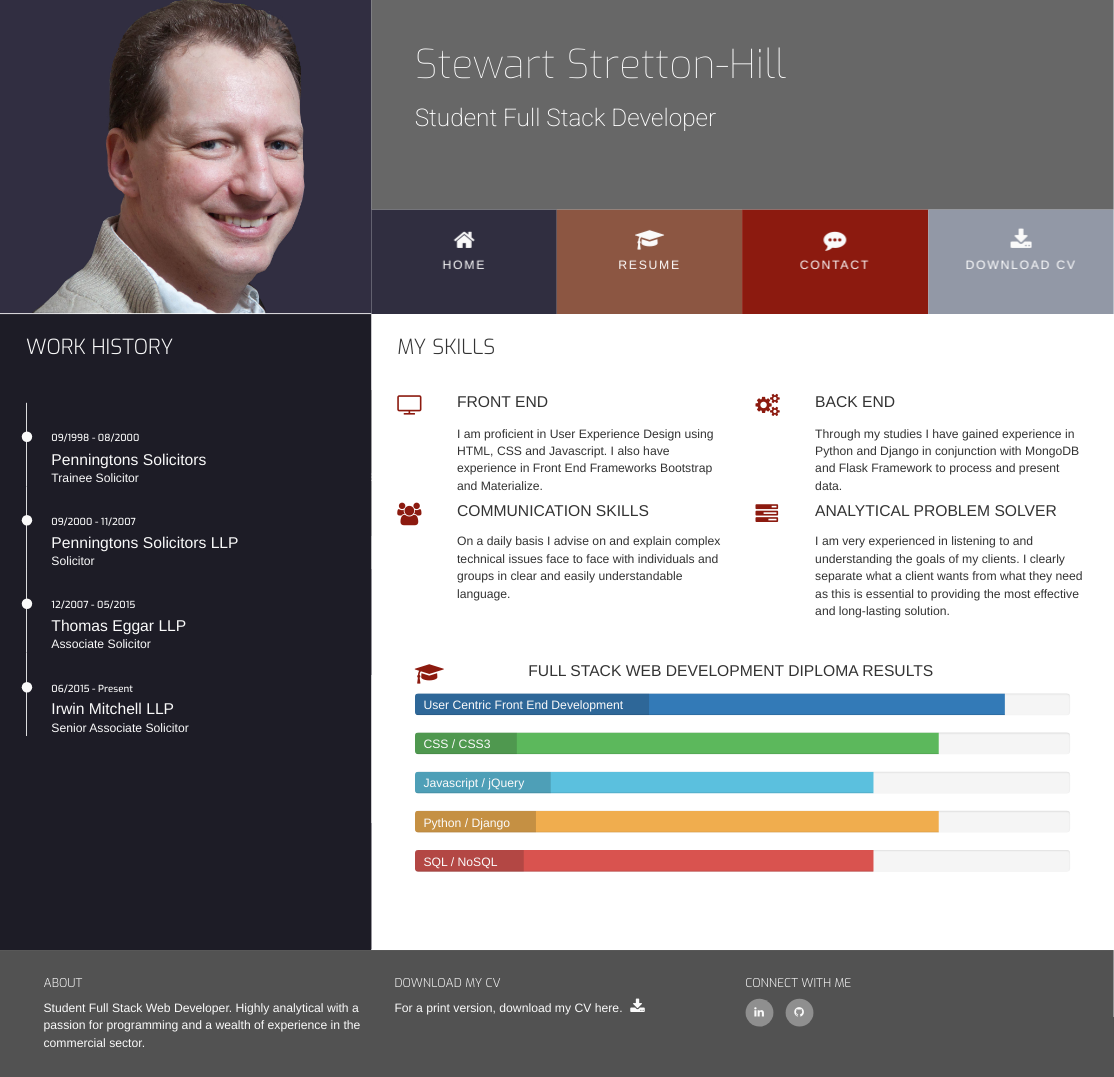
Repository: Shilldon/CV
Page: resume.html
The author's editor kept a record of every edit. The page is drawn from the files as they stood at one moment, then again after the next edit.
The browser window is 1280 px wide. The pictures show the whole page, at 87% of full size.

Above is the page before.

After the next edit:
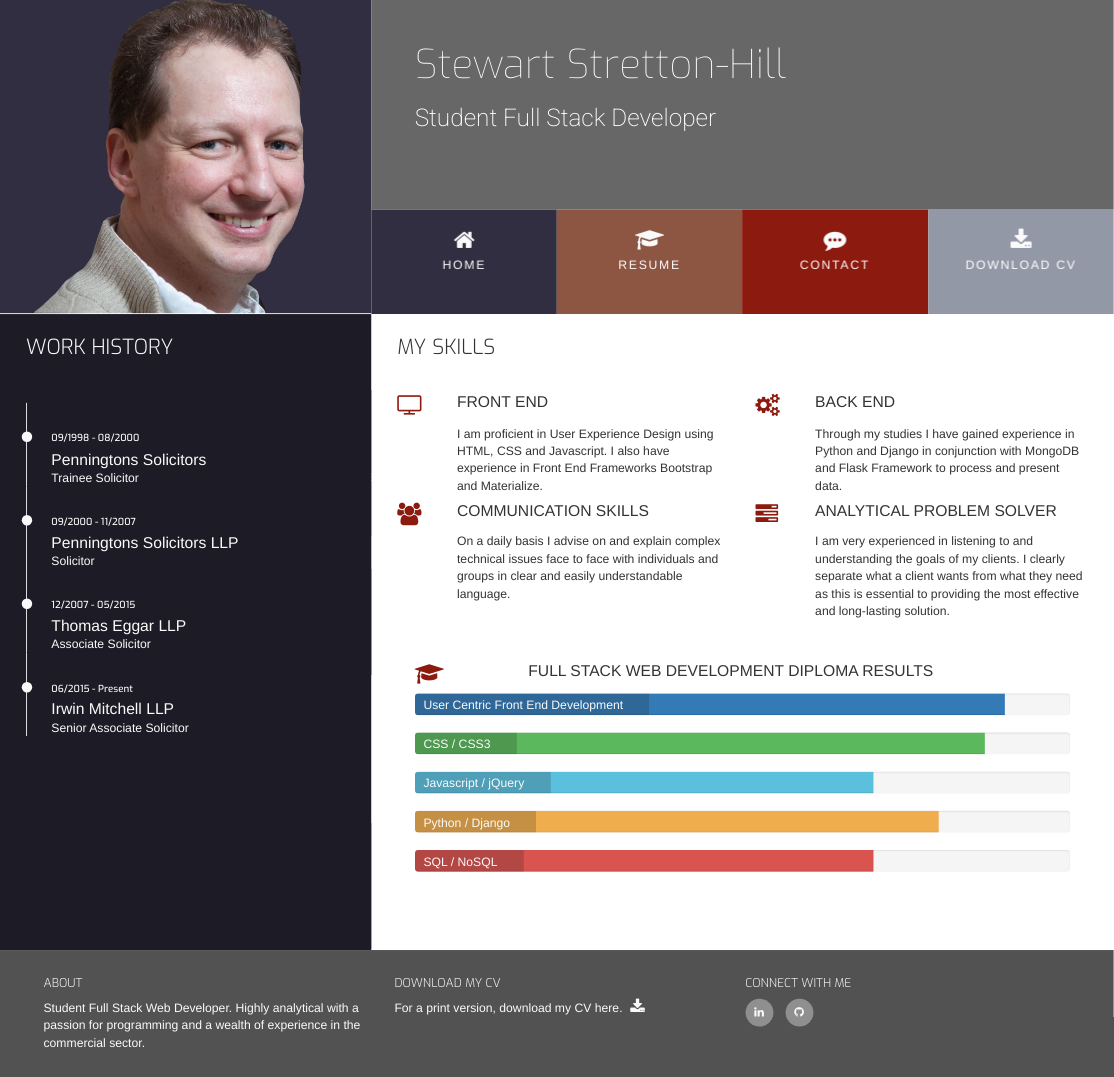
The edit:
--- a/resume.html
+++ b/resume.html
@@ -152,8 +152,8 @@
                         <span class="progress-type">User Centric Front End Development</span>
                     </div>
                     <div class="progress">
-                        <div class="progress-bar progress-bar-success" role="progressbar" aria-valuenow="80" aria-valuemin="0" aria-valuemax="100" style="width:80%">
-                            <span class="sr-only"> 80% </span>
+                        <div class="progress-bar progress-bar-success" role="progressbar" aria-valuenow="87" aria-valuemin="0" aria-valuemax="100" style="width:87%">
+                            <span class="sr-only"> 87% </span>
                             <!-- screen reader only - sr-only -->
                         </div>
                         <span class="progress-type">CSS / CSS3</span>
